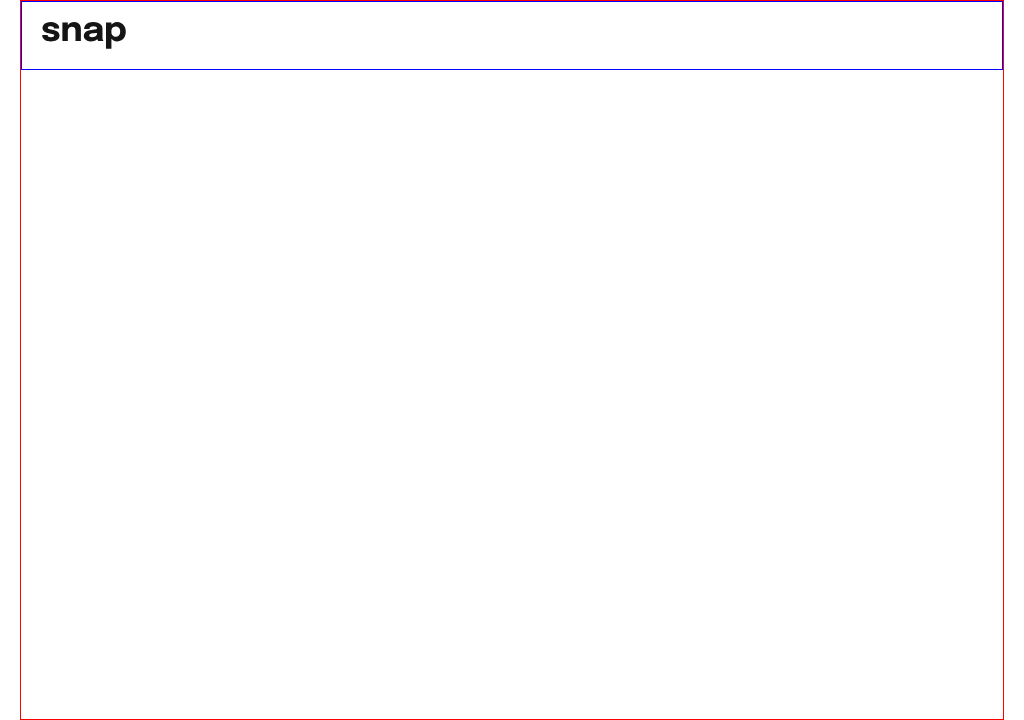
Repository: KamoliddinGIT/intro-section-with-dropdown
Page: index.html
An editor plug-in stored every save of this project. The page is shown before and after the next save, followed by the edit.
The browser window is 1024 px wide. The pictures show the whole page.

Above is the page before, as saved 2023-09-20 17:29:07.

### index.html
<!DOCTYPE html>
<html lang="en">
  <head>
    <meta charset="UTF-8" />
    <meta name="viewport" content="width=device-width, initial-scale=1.0" />
    <link
      rel="icon"
      type="image/png"
      sizes="32x32"
      href="./images/favicon-32x32.png"
    />
    <link
      href="https://fonts.googleapis.com/css2?family=Epilogue:wght@500;700&display=swap"
      rel="stylesheet"
    />
    <link rel="stylesheet" href="./css/style.css" />
    <title>Intro section with dropdown navigation</title>
  </head>
  <body>
    <div class="container">
      <div class="header">
        <img src="./images/logo.svg" alt="logo" class="logo" />
        <div class="nav-items">
          <ul class="nav">
            <li>
              <button class="features">
                Features
                <img
                  src="./images/icon-arrow-down.svg"
                  alt="arrow"
                  class="arrow-1"
                />
              </button>
              <ul class="toggle__1" style="display: none">
                <li>
                  <img src="./images/icon-todo.svg" alt="icon" /> Todo List
                </li>
                <li>
                  <img src="./images/icon-calendar.svg" alt="icon" /> Calendar
                </li>
                <li>
                  <img src="./images/icon-reminders.svg" alt="icon" /> Reminders
                </li>
                <li>
                  <img src="./images/icon-planning.svg" alt="icon" /> Planning
                </li>
              </ul>
            </li>
            <li>
              <button class="company">
                Company
                <img
                  src="./images/icon-arrow-down.svg"
                  alt="arrow"
                  class="arrow-2"
                />
              </button>
              <ul class="toggle__2" style="display: none">
                <li>History</li>
                <li>Our Team</li>
                <li>Blog</li>
              </ul>
            </li>
            <li>Careers</li>
            <li>About</li>
          </ul>
          <div class="sign__options">
            <a href="#" class="login">Login</a>
            <a href="#" class="register">Register</a>
          </div>
        </div>
        <nav role="navigation">
          <div id="menuToggle" class="menu">
            <input type="checkbox" />
            <span></span>
            <span></span>
            <span></span>
            <ul id="menu">
              <a href="#"><li>Home</li></a>
              <a href="#"><li>About</li></a>
              <a href="#"><li>Info</li></a>
              <a href="#"><li>Contact</li></a>
              <a href="https://erikterwan.com/" target="_blank"
                ><li>Show me more</li></a
              >
            </ul>
          </div>
        </nav>
      </div>
    </div>

    <script src="./js/index.js"></script>
  </body>
</html>

### css/style.css
* {
  margin: 0;
  padding: 0;
  box-sizing: border-box;
}

body {
  width: 100%;
  height: 100vh;
  display: flex;
  justify-content: center;
  align-items: center;
  padding: 0 20px;
  font-family: "Epilogue", sans-serif;
}

.container {
  display: flex;
  flex-direction: column;
  align-items: center;
  width: 100%;
  height: 100%;
  gap: 30px;
  border: 1px solid red;
}

.header {
  width: 100%;
  padding: 20px;
  display: flex;
  align-items: center;
  gap: 50px;
  font-size: 1.6rem;
  color: #696969;
  border: 1px solid blue;
}

.nav {
  display: flex;
  width: 377px;
  height: 21px;
  align-items: center;
  gap: 2.3rem;
  list-style-type: none;
}

.features,
.company {
  display: flex;
  flex-direction: row;
  gap: 0.5rem;
  font-weight: 700;
  color: hsl(0, 0%, 41%);
  text-decoration: none;
  align-items: center;
  font-size: 14px;
  transition: all ease-in-out 0.3s;
  cursor: pointer;
  background-color: transparent;
  border: none;
}

.toggle__1 {
  position: absolute;
  top: 4rem;
  width: 133px;
  height: 148px;
  display: flex;
  flex-direction: column;
  align-items: start;
  gap: 1rem;
  border-radius: 10px;
  background-color: #fff;
  padding: 1rem;
  box-shadow: -2px 10px 24px -11px rgba(0, 0, 0, 0.62);
  -webkit-box-shadow: -2px 10px 24px -11px rgba(0, 0, 0, 0.62);
  -moz-box-shadow: -2px 10px 24px -11px rgba(0, 0, 0, 0.62);
  z-index: 1;
}

.toggle__1 li {
  display: flex;
  gap: 1rem;
  align-items: center;
}

li {
  display: flex;
  flex-direction: row;
  gap: 0.5rem;
  font-weight: 700;
  color: hsl(0, 0%, 41%);
  text-decoration: none;
  align-items: center;
  font-size: 14px;
  transition: all ease-in-out 0.3s;
  cursor: pointer;
  background-color: transparent;
  border: none;
}

.nav-items {
  width: 1210px;
  height: 40px;
  display: flex;
  align-items: center;
  justify-content: space-between;
}

.sign__options {
  width: 184px;
  height: 40px;
  display: flex;
  justify-content: space-between;
  align-items: center;
}

.login {
  background-color: transparent;
  border: none;
  color: hsl(0, 0%, 41%);
  font-size: 0.9rem;
  font-weight: 700;
  cursor: pointer;
  transition: all ease-in-out 0.3s;
  text-decoration: none;
}

.login:hover {
  color: black;
}

.register {
  transition: all ease-in-out 0.3s;
  background-color: transparent;
  border: 2px solid hsl(0, 0%, 8%);
  color: hsl(0, 0%, 8%);
  text-decoration: none;
  padding: 0.5rem 1.35rem;
  border-radius: 15px;
  font-size: 0.9rem;
  font-weight: 700;
  cursor: pointer;
}

.register:hover {
  border-color: hsl(0, 0%, 41%);
  color: hsl(0, 0%, 41%);
}

.features:hover {
  color: black;
}

.company:hover {
  color: black;
}

.toggle__1 li:hover {
  cursor: pointer;
  color: black;
}

.toggle__2 li:hover {
  cursor: pointer;
  color: black;
}

ul li:hover {
  color: black;
}

.toggle__2 {
  width: 100px;
  height: 121px;
  display: flex;
  flex-direction: column;
  justify-content: center;
  align-items: start;
  gap: 1rem;
  border-radius: 10px;
  position: absolute;
  background-color: white;
  padding: 1rem;
  top: 4rem;
  box-shadow: -2px 10px 24px -11px rgba(0, 0, 0, 0.62);
  -webkit-box-shadow: -2px 10px 24px -11px rgba(0, 0, 0, 0.62);
  -moz-box-shadow: -2px 10px 24px -11px rgba(0, 0, 0, 0.62);
  z-index: 1;
}

/* .hamburger {
  width: 32px;
  height: 18px;
  display: flex;
  flex-direction: column;
  justify-content: space-between;
  align-items: center;
}

.item-burger {
  width: 100%;
} */

#menuToggle {
  display: none;
  position: relative;
  top: 50px;
  left: 50px;

  z-index: 1;

  -webkit-user-select: none;
  user-select: none;
}

#menuToggle a {
  text-decoration: none;
  color: #232323;

  transition: color 0.3s ease;
}

#menuToggle a:hover {
  color: tomato;
}

#menuToggle input {
  display: block;
  width: 40px;
  height: 32px;
  position: absolute;
  top: -7px;
  left: -5px;

  cursor: pointer;

  opacity: 0; /* hide this */
  z-index: 2; /* and place it over the hamburger */

  -webkit-touch-callout: none;
}

/*
 * Just a quick hamburger
 */
#menuToggle span {
  display: block;
  width: 33px;
  height: 4px;
  margin-bottom: 5px;
  position: relative;

  background: #000;
  border-radius: 3px;

  z-index: 1;

  transform-origin: 4px 0px;

  transition: transform 0.5s cubic-bezier(0.77, 0.2, 0.05, 1),
    background 0.5s cubic-bezier(0.77, 0.2, 0.05, 1), opacity 0.55s ease;
}

#menuToggle span:first-child {
  transform-origin: 0% 0%;
}

#menuToggle span:nth-last-child(2) {
  transform-origin: 0% 100%;
}

/*
 * Transform all the slices of hamburger
 * into a crossmark.
 */
#menuToggle input:checked ~ span {
  opacity: 1;
  transform: rotate(45deg) translate(-2px, -1px);
  background: #232323;
}

/*
 * But let's hide the middle one.
 */
#menuToggle input:checked ~ span:nth-last-child(3) {
  opacity: 0;
  transform: rotate(0deg) scale(0.2, 0.2);
}

/*
 * Ohyeah and the last one should go the other direction
 */
#menuToggle input:checked ~ span:nth-last-child(2) {
  transform: rotate(-45deg) translate(0, -1px);
}

/*
 * Make this absolute positioned
 * at the top left of the screen
 */
#menu {
  position: absolute;
  width: 300px;
  margin: -100px 0 0 -50px;
  padding: 50px;
  padding-top: 125px;

  background: #000;
  list-style-type: none;
  -webkit-font-smoothing: antialiased;
  /* to stop flickering of text in safari */

  transform-origin: 0% 0%;
  transform: translate(-100%, 0);

  transition: transform 0.5s cubic-bezier(0.77, 0.2, 0.05, 1);
}

#menu li {
  padding: 10px 0;
  font-size: 22px;
}

/*
 * And let's slide it in from the left
 */
#menuToggle input:checked ~ ul {
  transform: none;
}

@media only screen and (max-width: 1100px) {
  .nav-items {
    display: none;
  }
  .menu {
    display: block;
  }
}

### js/index.js
"use strict";

let features = document.querySelector(".features"),
  arrow1 = document.querySelector(".arrow-1"),
  toggle1 = document.querySelector(".toggle__1");

let onOff = false;

features.addEventListener("click", () => {
  if (onOff === false) {
    arrow1.src = "../images/icon-arrow-up.svg";
    toggle1.style.cssText = "display: flex";
    toggle2.style.cssText = "display: none";
    onOff = true;
  } else {
    arrow1.src = "../images/icon-arrow-down.svg";
    toggle1.style.cssText = "display: none";
    onOff = false;
  }
});

let company = document.querySelector(".company"),
  arrow2 = document.querySelector(".arrow-2"),
  toggle2 = document.querySelector(".toggle__2");

let onOff2 = false;

company.addEventListener("click", () => {
  if (onOff2 === false) {
    arrow2.src = "../images/icon-arrow-up.svg";
    toggle2.style.cssText = "display: flex";
    toggle1.style.cssText = "display: none";

    onOff2 = true;
  } else {
    arrow2.src = "../images/icon-arrow-down.svg";
    toggle2.style.cssText = "display: none";
    onOff2 = false;
  }
});

After the next save:
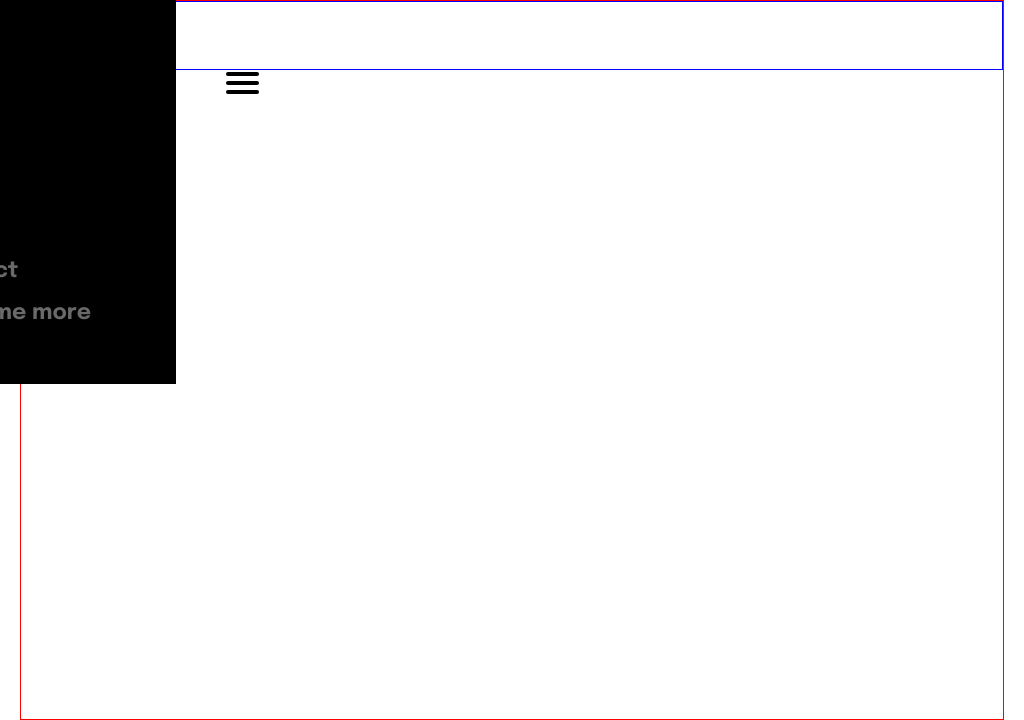
Saved 119 s later.
--- a/css/style.css
+++ b/css/style.css
@@ -333,7 +333,7 @@
   .nav-items {
     display: none;
   }
-  .menu {
+  #menuToggle {
     display: block;
   }
 }
